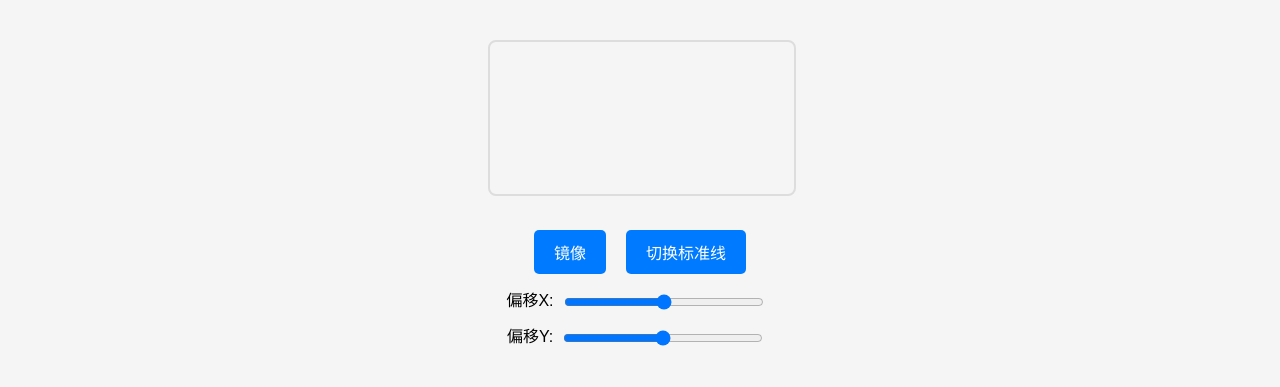
Repository: shasha333333/mirrorOnVue
Page: /
The author's editor kept a copy of each file at every save. The page is drawn from the files as they stood at one save, then again after the next save.
The browser window is 1280 px wide. The pictures show the whole page.
The page's requests for data from a server got no answer. The project was rebuilt for these pictures with package versions that can differ from the ones it lists, and the page was loaded fresh each time. No one was signed in, and anything a server would have sent is missing. Also part of the build but not shown: vue.config.js.

Above is the page before, as saved 2024-11-18 22:08:57.

After the next save:
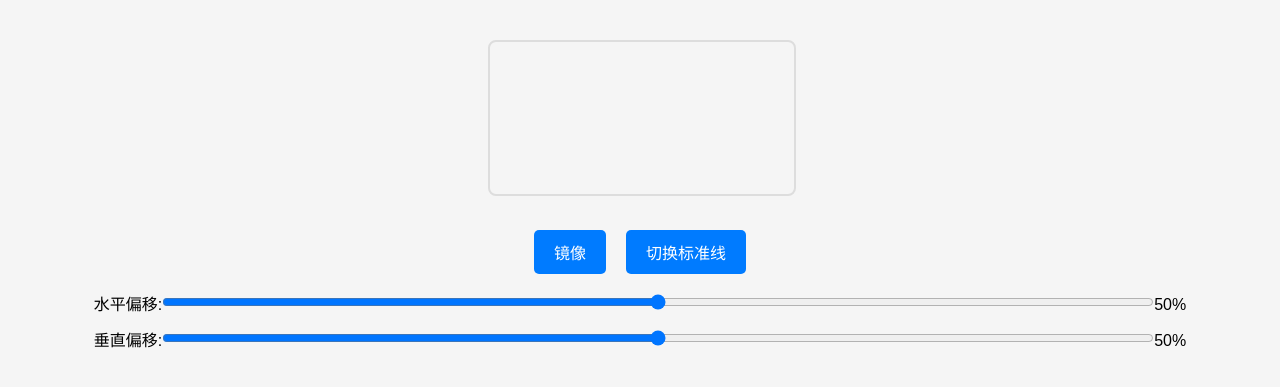
Saved 2 min 3 s later.
--- a/src/components/CameraApp.vue
+++ b/src/components/CameraApp.vue
@@ -15,30 +15,31 @@
       <button @click="toggleMirror">镜像</button>
       <button @click="toggleLines">切换标准线</button>
 
-      <!-- 滚动条调整偏移量 -->
+      <!-- 滚动条调整 -->
       <div>
-        <label for="offsetX">偏移X:</label>
+        <label for="offsetX">水平偏移:</label>
         <input
           type="range"
-          :value="offsetX"
-          @input="updateOffset('X', $event)"
           id="offsetX"
-          min="-200"
-          max="200"
-          step="1"
+          min="0"
+          max="100"
+          v-model="offsetXPercent"
+          @input="adjustOffsetX"
         />
+        <span>{{ offsetXPercent }}%</span>
       </div>
+
       <div>
-        <label for="offsetY">偏移Y:</label>
+        <label for="offsetY">垂直偏移:</label>
         <input
           type="range"
-          :value="offsetY"
-          @input="updateOffset('Y', $event)"
           id="offsetY"
-          min="-200"
-          max="200"
-          step="1"
+          min="0"
+          max="100"
+          v-model="offsetYPercent"
+          @input="adjustOffsetY"
         />
+        <span>{{ offsetYPercent }}%</span>
       </div>
     </div>
   </div>
@@ -50,8 +51,8 @@ export default {
     return {
       showLines: false, // 控制标准线的显示与隐藏
       isMirrored: false, // 控制是否开启镜像
-      offsetX: 0, // 默认的水平偏移量
-      offsetY: 0, // 默认的垂直偏移量
+      offsetXPercent: 50, // 水平偏移百分比
+      offsetYPercent: 50, // 垂直偏移百分比
     };
   },
   methods: {
@@ -76,16 +77,6 @@ export default {
       this.drawLines(); // 在切换时绘制/清除标准线
     },
 
-    // 更新偏移量并确保为数字
-    updateOffset(axis, event) {
-      const value = parseInt(event.target.value, 10); // 将值转为数字
-      if (axis === 'X') {
-        this.offsetX = value;
-      } else if (axis === 'Y') {
-        this.offsetY = value;
-      }
-    },
-
     // 绘制标准线
     drawLines() {
       const canvas = this.$refs.canvas;
@@ -104,27 +95,37 @@ export default {
         context.strokeStyle = "#007bff"; // 蓝色，50%透明度
         context.lineWidth = 2;
 
-        const fixX = 20; // 修正参数
+        // 计算基于视频尺寸的偏移量
+        const offsetX = (this.offsetXPercent / 100) * canvas.width; // 水平偏移量
+        const offsetY = (this.offsetYPercent / 100) * canvas.height; // 垂直偏移量
 
         // 画竖直标准线
         context.beginPath();
-        context.moveTo(canvas.width / 2 + this.offsetX, fixX);
-        context.lineTo(canvas.width / 2 + this.offsetX, canvas.height + fixX);
+        context.moveTo(canvas.width / 2 + offsetX, 0);
+        context.lineTo(canvas.width / 2 + offsetX, canvas.height);
         context.stroke();
 
         // 画水平标准线
         context.beginPath();
-        context.moveTo(0, canvas.height / 2 + this.offsetY);
-        context.lineTo(canvas.width, canvas.height / 2 + this.offsetY);
+        context.moveTo(0, canvas.height / 2 + offsetY);
+        context.lineTo(canvas.width, canvas.height / 2 + offsetY);
         context.stroke();
-
-        // 可以添加更多的标准线样式，如斜线或其他
       }
     },
 
     // 切换镜像效果
     toggleMirror() {
       this.isMirrored = !this.isMirrored; // 切换镜像状态
+    },
+
+    // 调整水平偏移
+    adjustOffsetX() {
+      this.drawLines();
+    },
+
+    // 调整垂直偏移
+    adjustOffsetY() {
+      this.drawLines();
     },
   },
   mounted() {
@@ -133,12 +134,6 @@ export default {
   watch: {
     showLines() {
       this.drawLines(); // 在切换时绘制标准线
-    },
-    offsetX() {
-      this.drawLines(); // 在偏移量调整时重新绘制标准线
-    },
-    offsetY() {
-      this.drawLines(); // 在偏移量调整时重新绘制标准线
     }
   }
 };
@@ -189,8 +184,7 @@ button:hover {
 }
 
 input[type="range"] {
-  margin: 10px;
-  width: 200px;
-  vertical-align: middle;
+  width: 80%;
+  margin: 10px 0;
 }
 </style>
